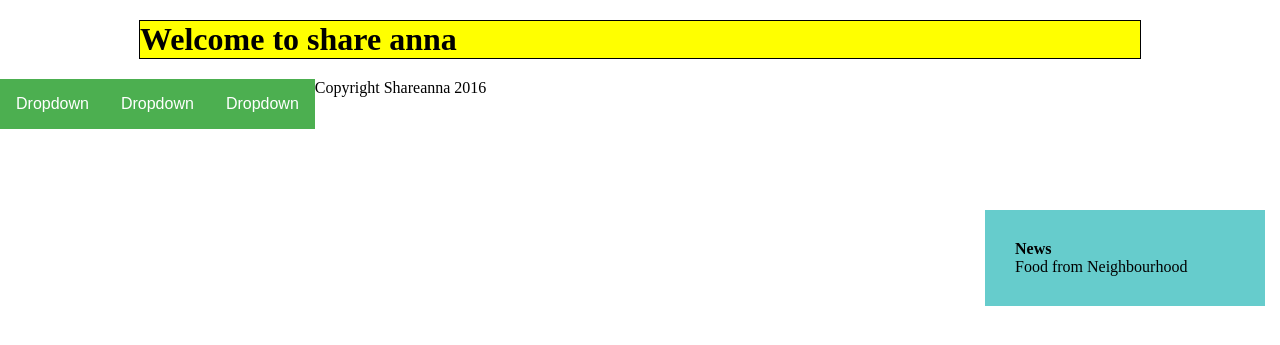
Repository: navigator007/shareanna
Page: practiceSpringMVC_1/src/main/webapp/home.html
An editor plug-in stored every save of this project. The page is shown before and after the next save, followed by the edit.
The browser window is 1280 px wide. The pictures show the whole page.

Above is the page before, as saved 2016-08-20 22:58:21.

After the next save:
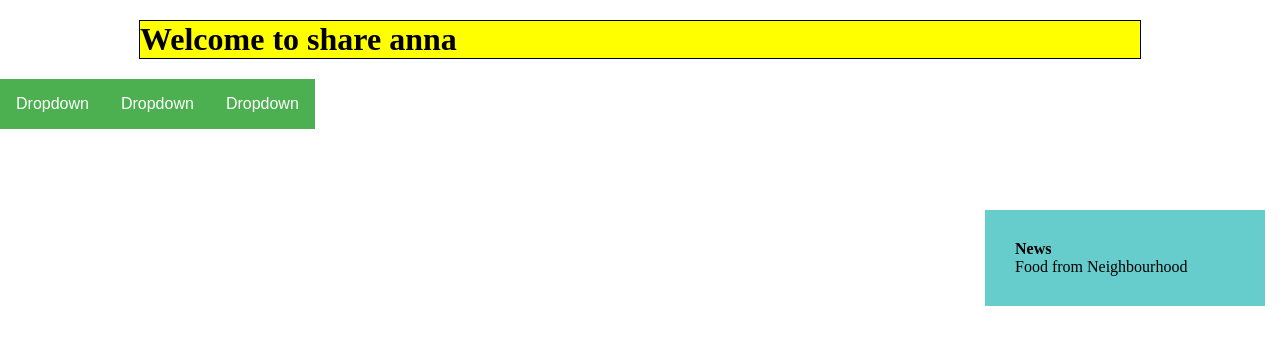
Saved 68 s later.
--- a/practiceSpringMVC_1/src/main/webapp/css/home.css
+++ b/practiceSpringMVC_1/src/main/webapp/css/home.css
@@ -65,7 +65,8 @@
 .menu_dropdown{
 	margin: 0;
     padding: 0;
-
+    position: fixed;
+    float: right;
 }
 
 .menu_dropdown li{

After the save that followed:
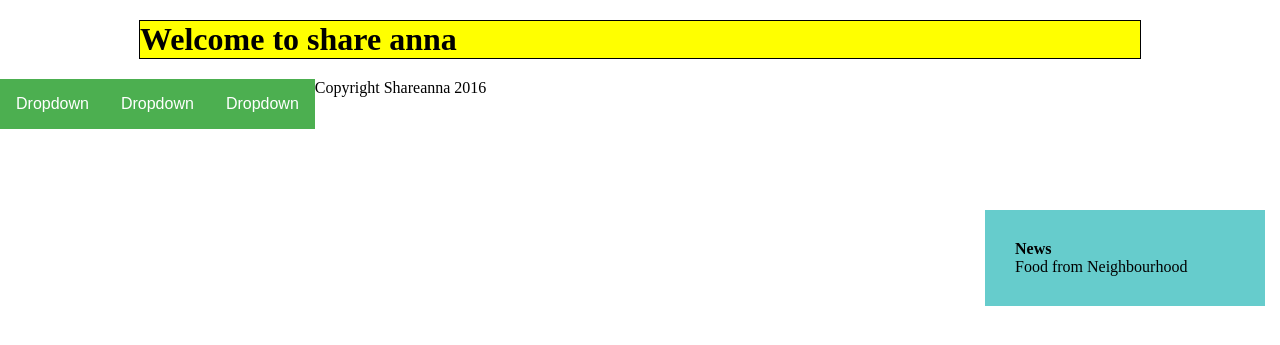
Saved 13 s later.
--- a/practiceSpringMVC_1/src/main/webapp/css/home.css
+++ b/practiceSpringMVC_1/src/main/webapp/css/home.css
@@ -65,8 +65,7 @@
 .menu_dropdown{
 	margin: 0;
     padding: 0;
-    position: fixed;
-    float: right;
+
 }
 
 .menu_dropdown li{
